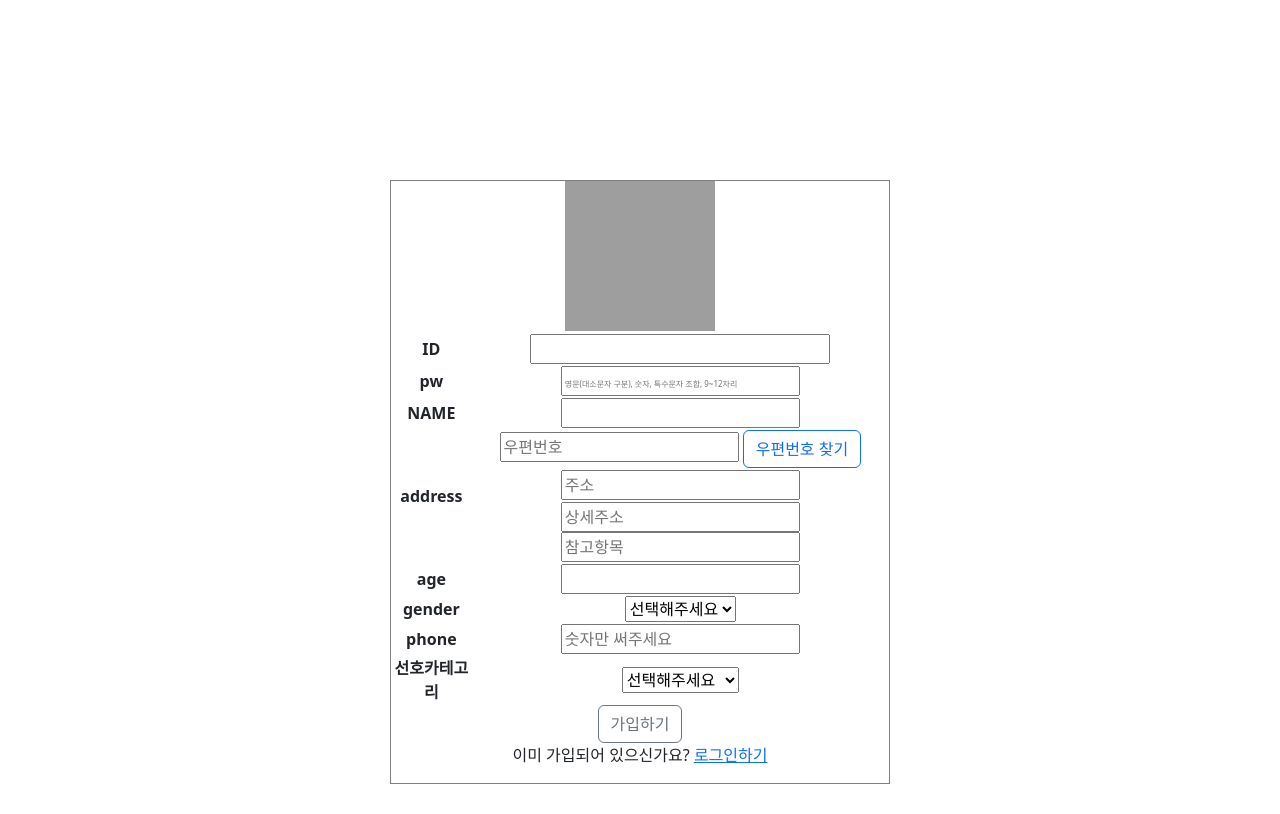
Repository: bongbongi/book1
Page: http://localhost/book/WEB-INF/views/member/join.jsp
The author's editor kept a copy of each file at every save. The page is drawn from the files as they stood at one save, then again after the next save.
The browser window is 1280 px wide. The pictures show the whole page.
Pictures or frames that could not be fetched are drawn as grey boxes. Some web libraries are served in a nearby version. The page is served by Tomcat 9. Nobody is signed in. The template is opened directly, without the code that normally fills it, so the values that code supplies are empty.

Above is the page before, as saved 2023-01-05 16:13:46.

After the next save:
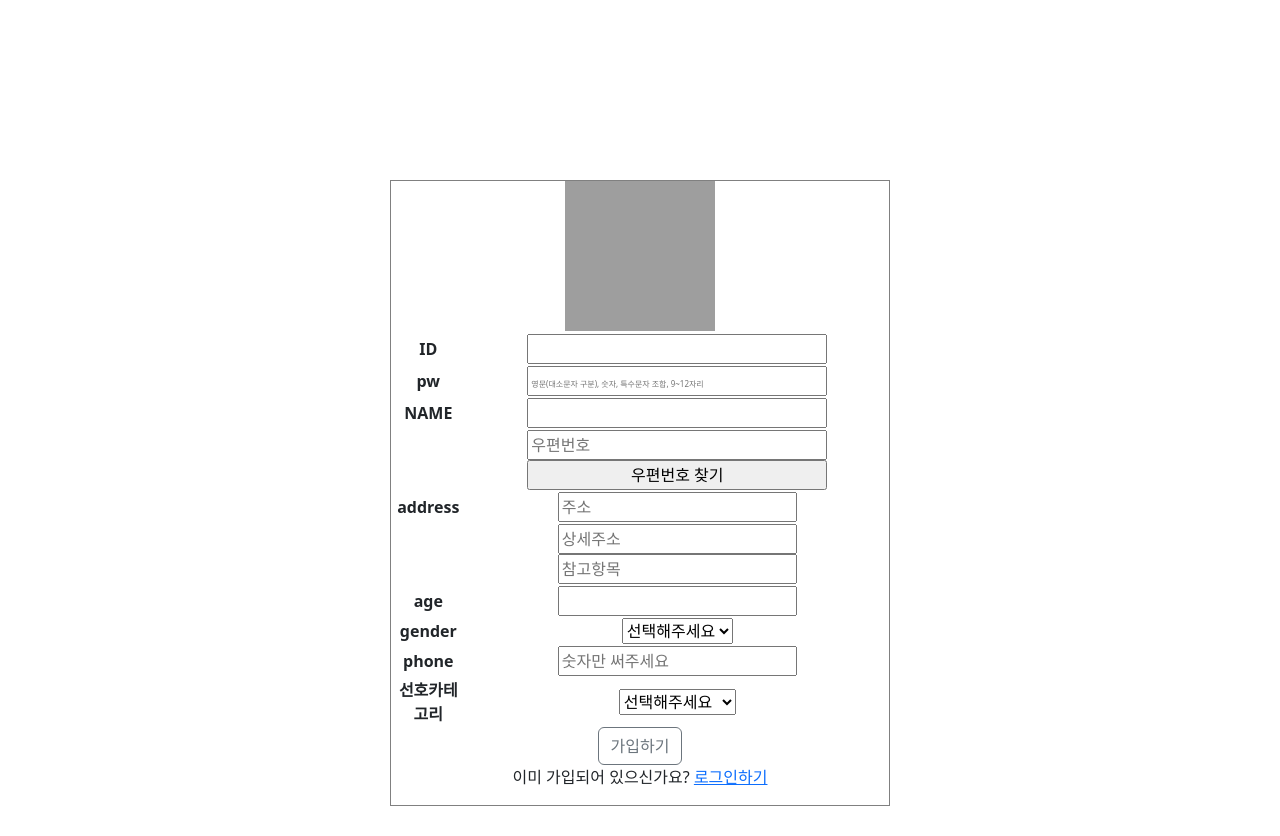
Saved 41 s later.
--- a/book/src/main/webapp/WEB-INF/views/member/join.jsp
+++ b/book/src/main/webapp/WEB-INF/views/member/join.jsp
@@ -109,7 +109,7 @@ display: none;
 							<tr>
 								<th>pw</th>
 								<td>
-									<input type="password" name="mem_pw" id="mem_pw" placeholder="영문(대소문자 구분), 숫자, 특수문자 조합, 9~12자리" onchange="checkPw()" required>
+									<input type="password" class="join-input" name="mem_pw" id="mem_pw" placeholder="영문(대소문자 구분), 숫자, 특수문자 조합, 9~12자리" onchange="checkPw()" required>
 									<span class="pw_ok"><i class="fa-solid fa-check"></i></span>
 									<span class="pw_rewrite"><i class="fa-solid fa-x"></i></span>
 									<span class="pw_null"><i class="fa-solid fa-x"></i></span>
@@ -117,13 +117,13 @@ display: none;
 							</tr>
 							<tr>
 								<th>NAME</th>
-								<td><input type="text" name="mem_name" required></td>
+								<td><input type="text" class="join-input" name="mem_name" required></td>
 							</tr>
 							<tr>
 								<th rowspan="3">address</th>
 								<td colspan="2">
-									<input type="text" id="postcode" name="mem_postzip" placeholder="우편번호" required>
-									<input type="button" class="btn btn-outline-primary" onclick="execDaumPostcode()" value="우편번호 찾기">
+									<input type="text" class="join-input zip" id="postcode" name="mem_postzip" placeholder="우편번호" required>
+									<input type="button" class="join-input zip" class="btn btn-outline-primary" onclick="execDaumPostcode()" value="우편번호 찾기">
 								</td>
 							</tr>
 							<tr colspan="2">
